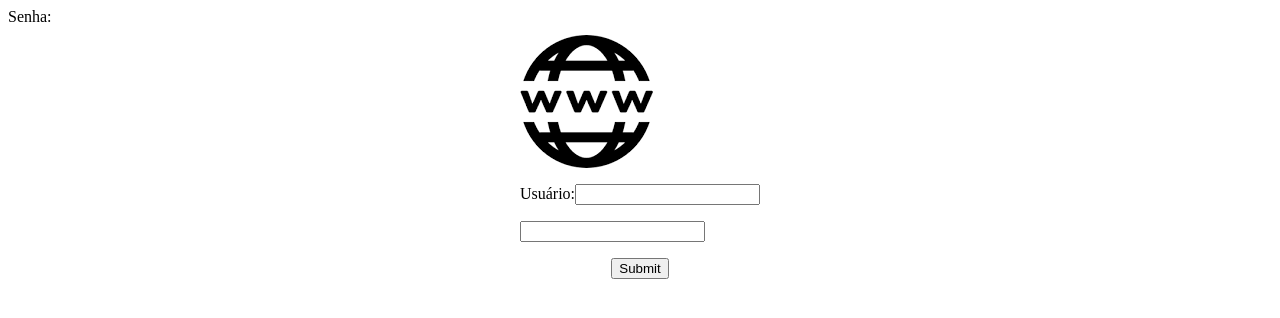
Repository: leonerdy-666/Estudos
Page: http://localhost/JavaWeb/Site.jsp
The author's editor kept a copy of each file at every save. The page is drawn from the files as they stood at one save, then again after the next save.
The browser window is 1280 px wide. The pictures show the whole page.
The page is served by Tomcat 9.

Above is the page before, as saved 2023-04-10 23:22:27.

### Udemy/Projeto/JavaWeb/src/main/webapp/Site.jsp
<%@ page language="java" contentType="text/html; charset=ISO-8859-1"
	pageEncoding="ISO-8859-1"%>
<!DOCTYPE html PUBLIC "-//W3C//DTD HTML 4.01 Transitional//EN" "http://www.w3.org/TR/html4/loose.dtd">
<html>
<head>
<meta http-equiv="Content-Type" content="text/html; charset=ISO-8859-1">
<title>Site</title>
</head>
<body>
	<form action="">
		<table cellpadding="7" align="center">

			<tr>
				<td><img src="imagens/logo.png"></td>
			</tr>

			<tr>
				<td>Usuário:<input type="text" name="txtUsuario" /></td>
			</tr>
			<tr>
				Senha:
				<td><input type="text" name="txtSenha" /></td>
			</tr>
			<tr>
				<td colspan="2" align="center"><input type="submit"></td>
			</tr>
		</table>
	</form>
</body>
</html>

After the next save:
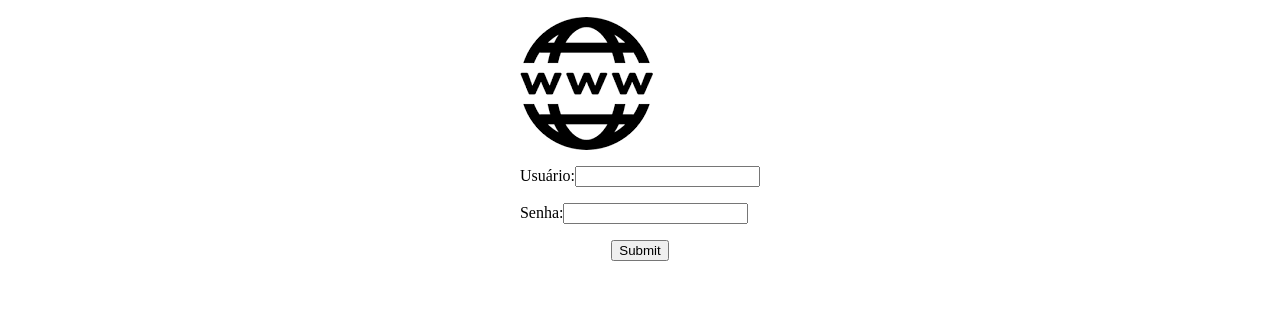
Saved 10 s later.
--- a/Udemy/Projeto/JavaWeb/src/main/webapp/Site.jsp
+++ b/Udemy/Projeto/JavaWeb/src/main/webapp/Site.jsp
@@ -18,8 +18,7 @@
 				<td>Usuário:<input type="text" name="txtUsuario" /></td>
 			</tr>
 			<tr>
-				Senha:
-				<td><input type="text" name="txtSenha" /></td>
+				<td>Senha:<input type="text" name="txtSenha" /></td>
 			</tr>
 			<tr>
 				<td colspan="2" align="center"><input type="submit"></td>
